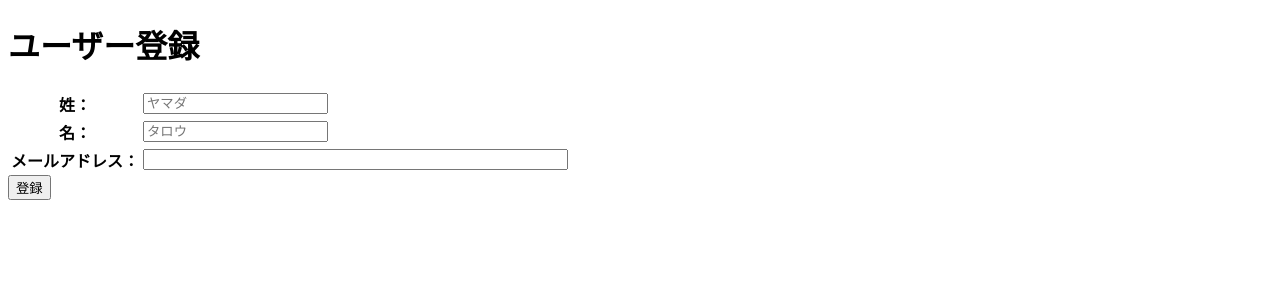
Repository: yoshiryoryo/phpform
Page: http://localhost/register.php
These files come from the project's save history. The page is drawn as it stood at one moment and after the next save; the edit follows.
The browser window is 1280 px wide. The pictures show the whole page.
The page is run by PHP 8.4 with error messages shown; the project is at /var/www/html/.

Above is the page before, as saved 2021-02-24 10:18:02.

### register.php


<!DOCTYPE html>
<html lang="en">

<head>
    <meta charset="UTF-8">
    <meta http-equiv="X-UA-Compatible" content="IE=edge">
    <meta name="viewport" content="width=device-width, initial-scale=1.0">
    <title>フォーム</title>
</head>

<body>
    <h1>ユーザー登録</h1>
    <form name="form1" method="post" action="confirm.php">
        <table>
            <tr>
                <th>姓：</th>
                <td><input type="text" name="name_1" size="20" maxlength="10" placeholder="ヤマダ" required></td>
            </tr>
            <tr>
                <th>名：</th>
                <td><input type="text" name="name_2" size="20" maxlength="10" placeholder="タロウ" required></td>
            </tr>
            <tr>
                <th>メールアドレス：</th>
                <td><input type="email" name="email" size="50" maxlength="254" required></td></tr>
            </tr>
        </table>
        <input id="send" type="submit" value="登録">
    </form>
</body>

</html>

After the next save:
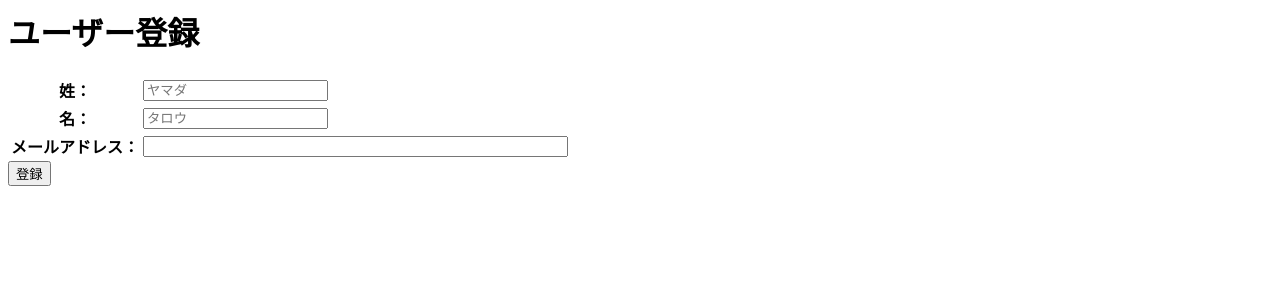
Saved 8 s later.
--- a/register.php
+++ b/register.php
@@ -1,4 +1,4 @@
-
+<php
 
 <!DOCTYPE html>
 <html lang="en">
